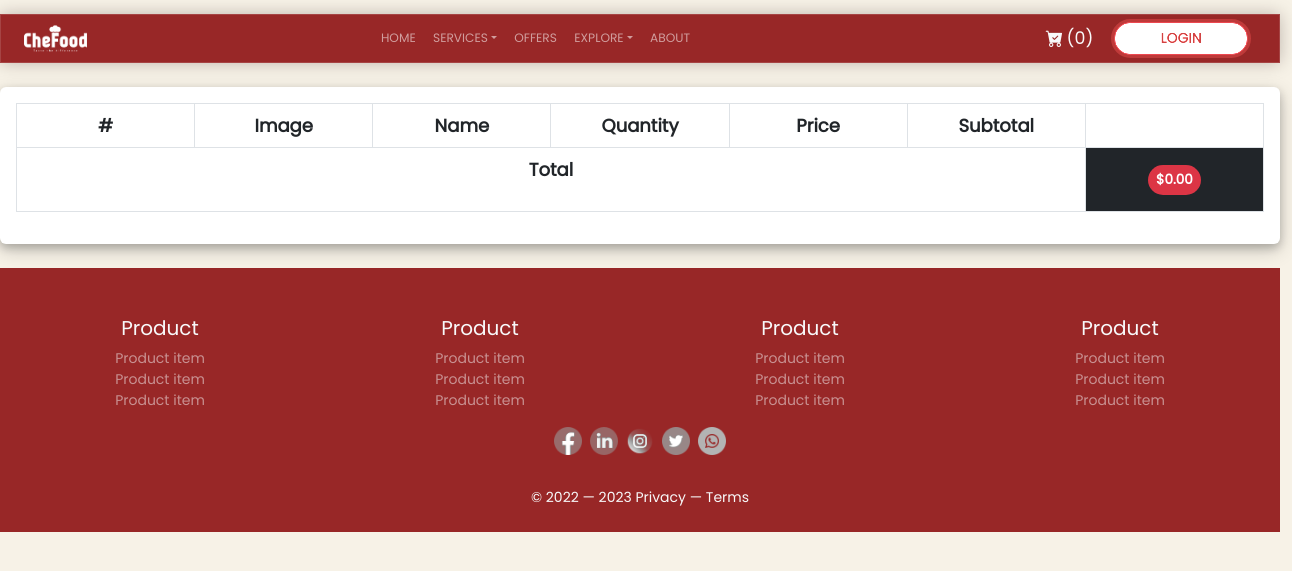
Repository: qamchamine/chefood
Page: /cart (app in front-end/)
An editor plug-in stored every save of this project. The page is shown before and after the next save, followed by the edit.
The browser window is 1280 px wide. The page is 1292 px wide, so the pictures cover 1292 px, including what lies to the right of the window. The pictures show the whole page.
The project was rebuilt for these pictures with package versions that can differ from the ones it lists, and the page was loaded fresh each time. Some packages were replaced by stand-ins written for this rebuild. Also part of the build but not shown: front-end/src/css/products.css, front-end/src/components/small_components/ProductCard.jsx, front-end/src/components/small_components/AddProduct.jsx, front-end/src/components/pages/sub-pages/Products.jsx, front-end/src/components/small_components/ButtonMain.jsx, front-end/src/components/small_components/HomeCard.jsx, front-end/src/components/small_components/HomeCardFullSection.jsx, front-end/src/components/pages/Home.jsx and 34 more. Imported but missing from the stored project, and not drawn on this page: front-end/src/sounds/applause.mp3, front-end/src/sounds/wheel.mp3.

Above is the page before, as saved 2023-06-25 19:55:35.

After the next save:
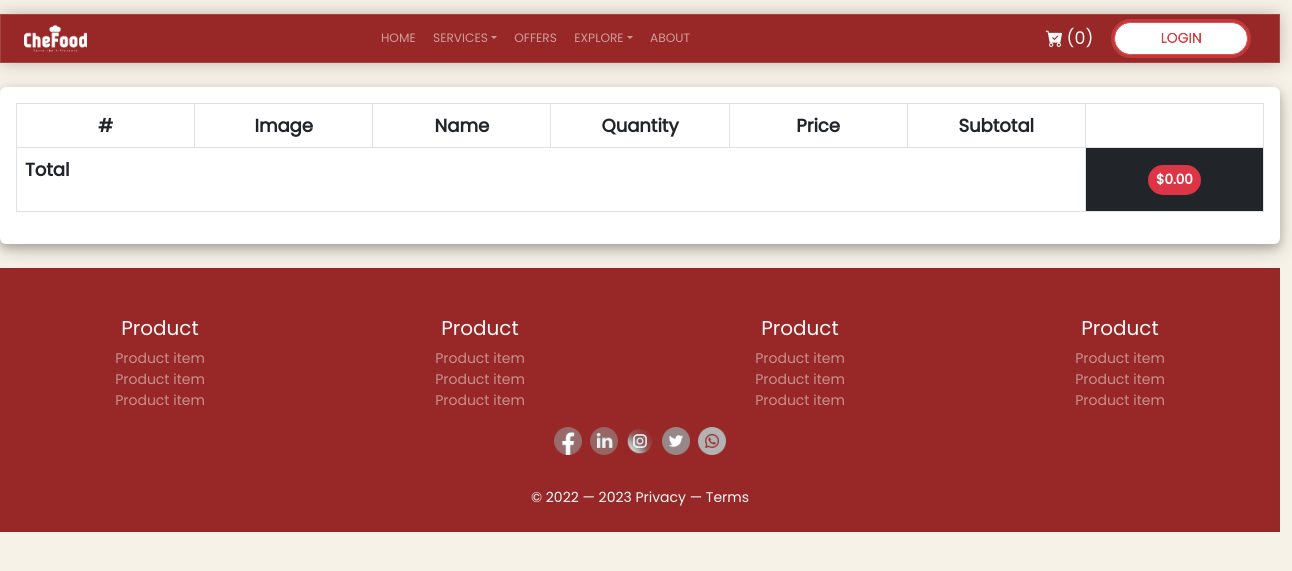
Saved 20 s later.
--- a/front-end/src/components/small_components/shopping/Cart.jsx
+++ b/front-end/src/components/small_components/shopping/Cart.jsx
@@ -66,7 +66,7 @@ export default function Cart() {
                                 )): ''
                             }
                             <tr>
-                                <th colSpan={6} className="text-center">
+                                <th colSpan={6} className="text-start">
                                     Total
                                 </th>
                                 <th colSpan={1} className=" bg-dark py-3">
